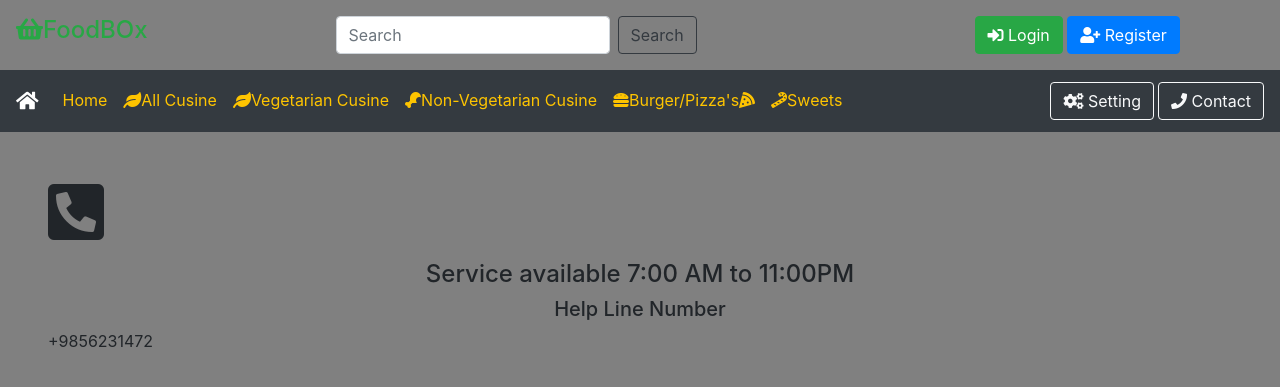
Repository: debjaniprofessional32/Capstone-Final-FoodBox-Delivery-Project
Page: http://localhost/OnlinFoodBOX/helpcenter.jsp
These files come from the project's save history. The page is drawn as it stood at one moment and after the next save; the edit follows.
The browser window is 1280 px wide. The pictures show the whole page.
Some web libraries are served in a nearby version. The page is served by Tomcat 9.

Above is the page before, as saved 2022-12-23 13:00:40.

After the next save:
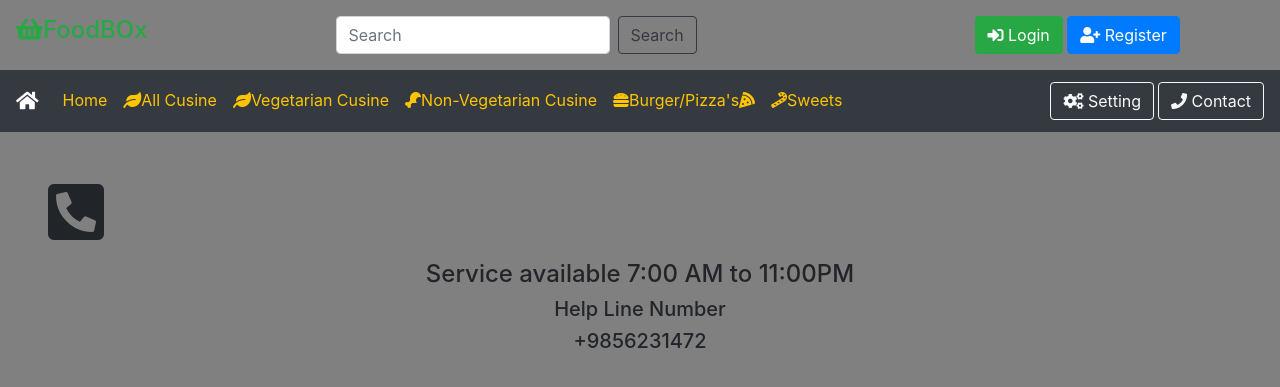
Saved 17 s later.
--- a/OnlinFoodBOX/src/main/webapp/helpcenter.jsp
+++ b/OnlinFoodBOX/src/main/webapp/helpcenter.jsp
@@ -14,7 +14,7 @@
 <p>
 <h4 class="text-center" >Service available 7:00 AM to 11:00PM</h4>
 <h5 class="text-center">Help Line Number</h5>
-<h5class="text-center">+9856231472</h5>
+<h5 class="text-center">+9856231472</h5>
 </p>
 
 </body>
